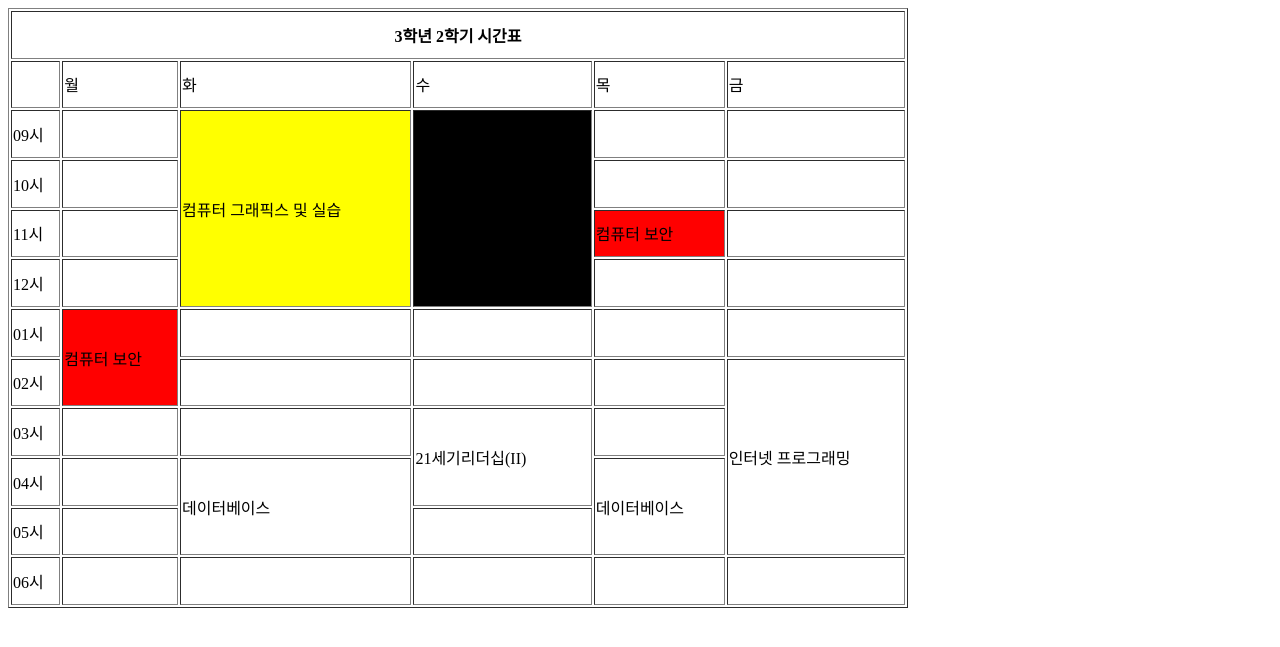
Repository: Cha-Ji/InternetProgramming
Page: week01/WebContent/hw04.html
The author's editor kept a copy of each file at every save. The page is drawn from the files as they stood at one save, then again after the next save.
The browser window is 1280 px wide. The pictures show the whole page.

Above is the page before, as saved 2020-09-06 14:07:22.

### week01/WebContent/hw04.html
<!DOCTYPE html>
<html>
<head>
<meta charset="UTF-8">
<title>3-2 시간표</title>
</head>
<body>
	<table border="1" width ="900" height = "600" >
	<th colspan = "6">3학년 2학기 시간표</th>
	<tr>
	    <td></td><td>월</td><td>화</td><td>수</td><td>목</td><td>금</td>
	</tr>
	<tr>
	    <td>09시</td>
	    <td></td>
	    <td rowspan = "4" bgcolor = "yellow">컴퓨터 그래픽스 및 실습</td>
	    <td rowspan = "4" bgcolor = "mint">리눅스 프로그래밍</td>
	    <td></td>
	    <td></td>
	</tr>
	<tr>
	    <td>10시</td>
	    <td></td>
	    <td></td>
	    <td></td>

	</tr>
	<tr>
	    <td>11시</td>
	    <td></td>
	    <td bgcolor = "red">컴퓨터 보안</td>
	    <td></td>
	</tr>
		<tr>
	    <td>12시</td>
	    <td></td>
	    <td></td>
	    <td></td>
	</tr>
	<tr>
	    <td>01시</td>
	    <td rowspan = "2" bgcolor = "red">컴퓨터 보안</td>
	    <td></td>
	    <td></td>
	    <td></td>
	    <td></td>
	</tr>
	<tr>
	    <td>02시</td>
	    <td></td>
	    <td></td>
	    <td></td>
	    <td rowspan = "4" bgcolor = "">인터넷 프로그래밍</td>
	</tr>
		<tr>
	    <td>03시</td>
	    <td></td>
	    <td></td>
	    <td rowspan = "2">21세기리더십(II)</td>
	    <td></td>
	</tr>
		<tr>
	    <td>04시</td>
	    <td></td>
	    <td rowspan = "2">데이터베이스</td>
	    <td rowspan = "2">데이터베이스</td>
	</tr>
	<tr>
	    <td>05시</td>
	    <td></td>
	    <td></td>
	</tr>
	<tr>
	    <td>06시</td>
	    <td></td>
	    <td></td>
	    <td></td>
	    <td></td>
	    <td></td>
	</tr>
    </table>
</body>
</html>

After the next save:
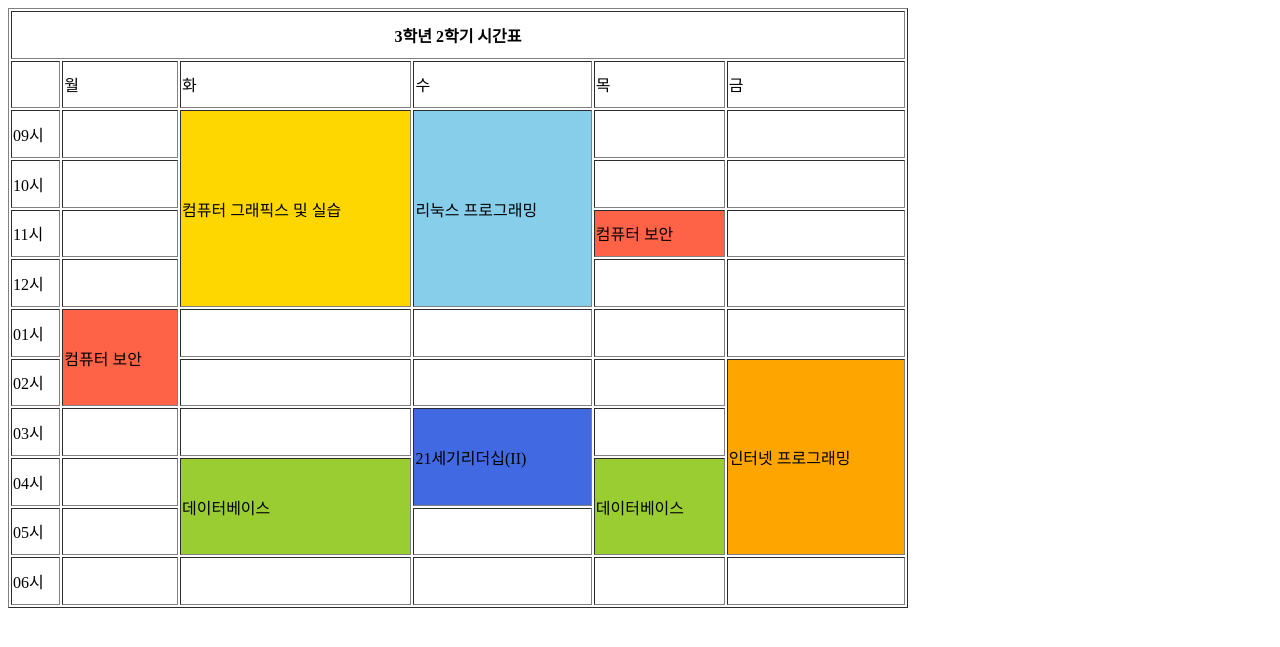
Saved 102 s later.
--- a/week01/WebContent/hw04.html
+++ b/week01/WebContent/hw04.html
@@ -13,8 +13,8 @@
 	<tr>
 	    <td>09시</td>
 	    <td></td>
-	    <td rowspan = "4" bgcolor = "yellow">컴퓨터 그래픽스 및 실습</td>
-	    <td rowspan = "4" bgcolor = "mint">리눅스 프로그래밍</td>
+	    <td rowspan = "4" bgcolor = "gold">컴퓨터 그래픽스 및 실습</td>
+	    <td rowspan = "4" bgcolor = "skyblue">리눅스 프로그래밍</td>
 	    <td></td>
 	    <td></td>
 	</tr>
@@ -28,7 +28,7 @@
 	<tr>
 	    <td>11시</td>
 	    <td></td>
-	    <td bgcolor = "red">컴퓨터 보안</td>
+	    <td bgcolor = "tomato">컴퓨터 보안</td>
 	    <td></td>
 	</tr>
 		<tr>
@@ -39,7 +39,7 @@
 	</tr>
 	<tr>
 	    <td>01시</td>
-	    <td rowspan = "2" bgcolor = "red">컴퓨터 보안</td>
+	    <td rowspan = "2" bgcolor = "tomato">컴퓨터 보안</td>
 	    <td></td>
 	    <td></td>
 	    <td></td>
@@ -50,20 +50,20 @@
 	    <td></td>
 	    <td></td>
 	    <td></td>
-	    <td rowspan = "4" bgcolor = "">인터넷 프로그래밍</td>
+	    <td rowspan = "4" bgcolor = "orange">인터넷 프로그래밍</td>
 	</tr>
 		<tr>
 	    <td>03시</td>
 	    <td></td>
 	    <td></td>
-	    <td rowspan = "2">21세기리더십(II)</td>
+	    <td rowspan = "2" bgcolor = "royalblue">21세기리더십(II)</td>
 	    <td></td>
 	</tr>
 		<tr>
 	    <td>04시</td>
 	    <td></td>
-	    <td rowspan = "2">데이터베이스</td>
-	    <td rowspan = "2">데이터베이스</td>
+	    <td rowspan = "2" bgcolor = "yellowgreen">데이터베이스</td>
+	    <td rowspan = "2" bgcolor = "yellowgreen">데이터베이스</td>
 	</tr>
 	<tr>
 	    <td>05시</td>
